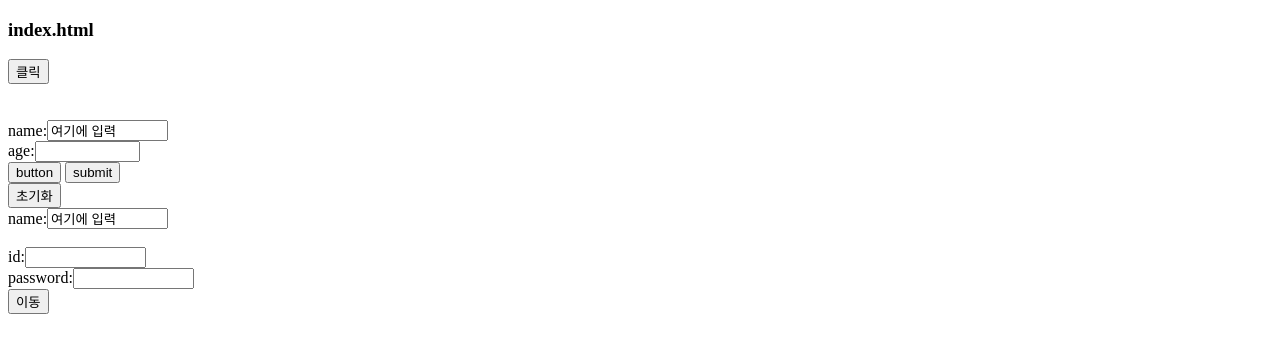
Repository: Jv2020/bitcamp
Page: html/sample04/WebContent/index.html
These files come from the project's save history. The page is drawn as it stood at one moment and after the next save; the edit follows.
The browser window is 1280 px wide. The pictures show the whole page.

Above is the page before, as saved 2020-01-03 02:21:56.

After the next save:
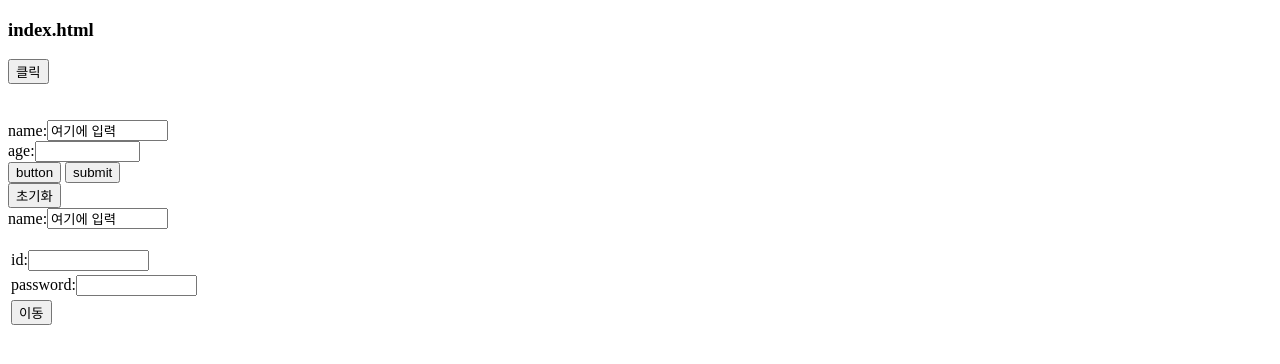
Saved 21 min 13 s later.
--- a/html/sample04/WebContent/index.html
+++ b/html/sample04/WebContent/index.html
@@ -57,9 +57,17 @@ name:<input type="text" value="여기에 입력" size="12">
 <br><br>
 
 <form action="NewFile.jsp">
-	id:<input type="text" name="id" value="" size="12"><br>
-	password:<input type = "password" name="pwd" size="12"><br>
-	<input type="submit" value="이동">
+	<table>
+		<tr>
+			<td>id:<input type="text" name="id" value="" size="12"></td>
+		</tr>
+		<tr>
+			<td>password:<input type = "password" name="pwd" size="12"></td>
+		</tr>
+		<tr>
+			<td><input type="submit" value="이동"></td>
+		</tr>
+	</table>
 </form>
 
 
